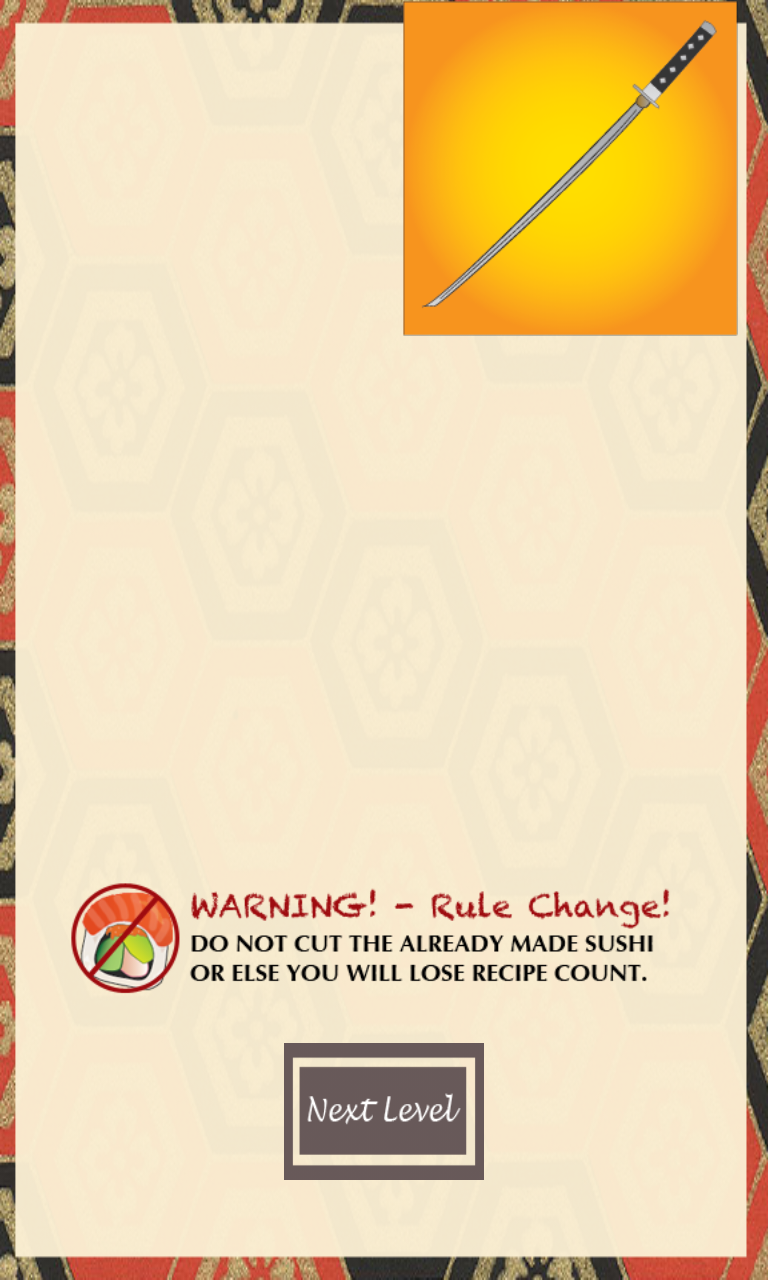
Repository: Kreispy/Sushi-Samurai
Layout: SushiNinja/res/layout/dialog.xml
An editor plug-in stored every save of this project. The layout is shown before and after the next save, followed by the edit.
It is drawn on a 768 x 1280 px phone screen (xhdpi) without system bars, with theme AppTheme; the app's code is not run.

Above is the layout before, as saved 2013-04-27 04:40:59.

After the next save:
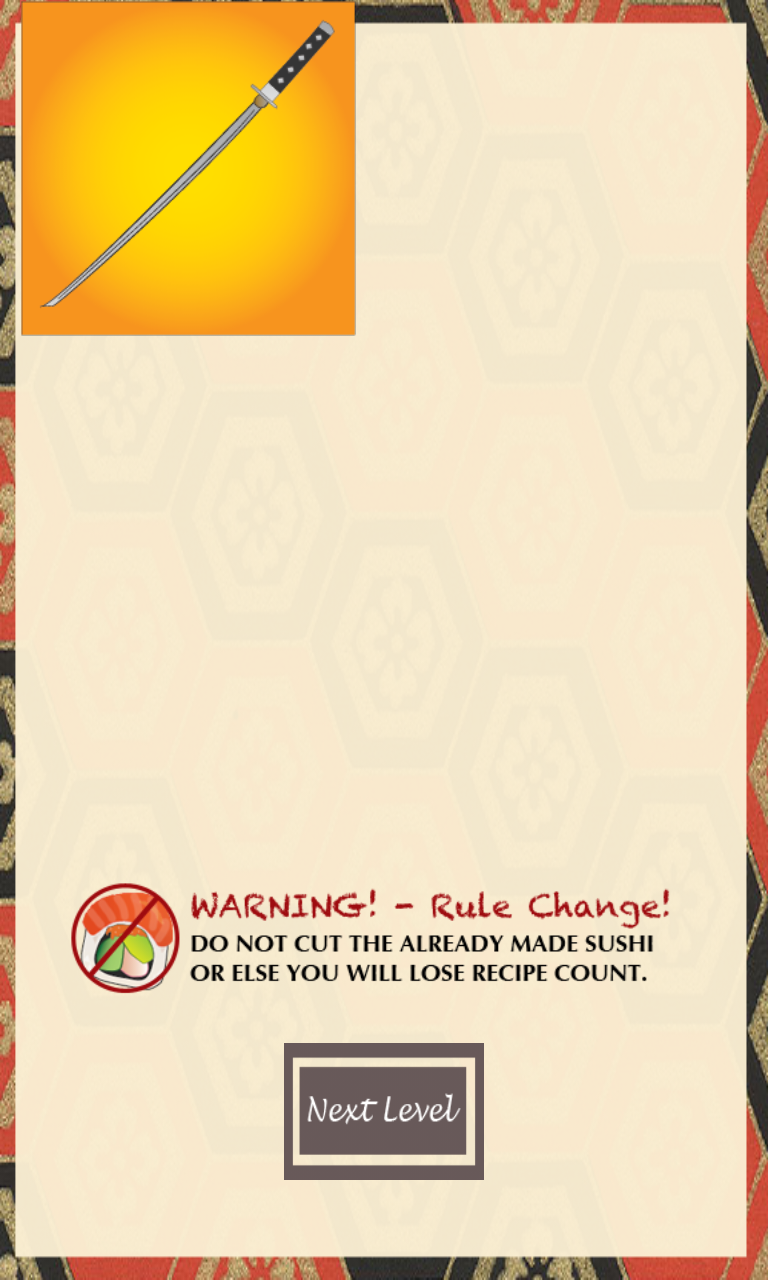
Saved 22 s later.
--- a/SushiNinja/res/layout/dialog.xml
+++ b/SushiNinja/res/layout/dialog.xml
@@ -8,8 +8,8 @@
          android:id="@+id/rank"
          android:layout_width="wrap_content"
          android:layout_height="wrap_content"
-         android:layout_alignParentRight="true"
-         android:layout_marginRight="15dp"
+         android:layout_alignParentLeft="true"
+         android:layout_marginLeft="10dp"
          android:src="@drawable/rank1"
          android:adjustViewBounds="true" />
 
